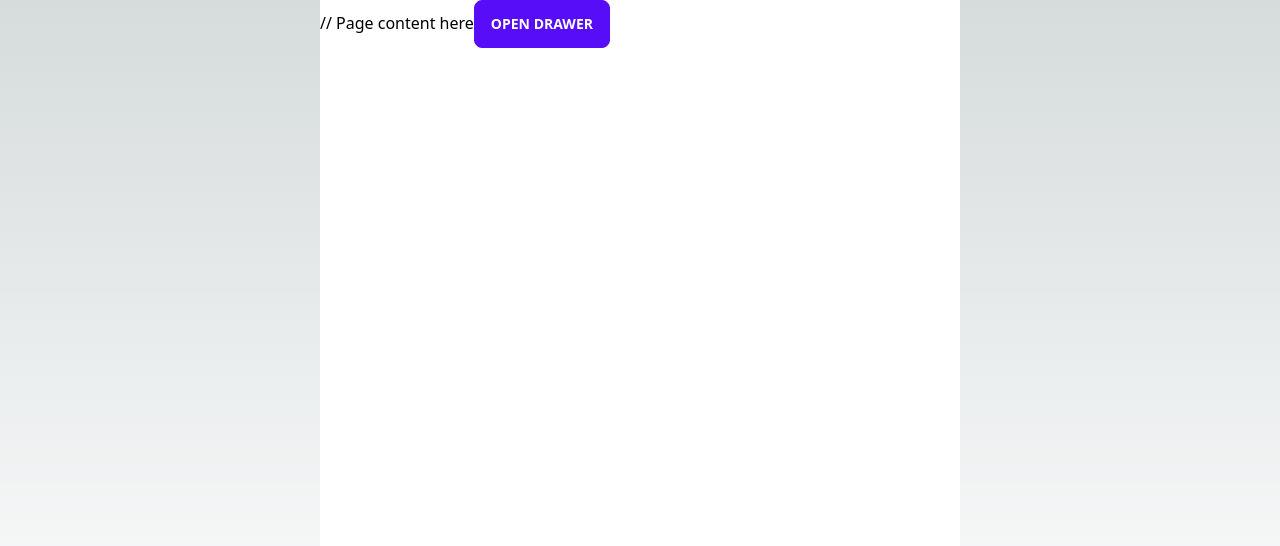
Repository: mehedi9465/nextapp
Page: /Dashboard
An editor plug-in stored every save of this project. The page is shown before and after the next save, followed by the edit.
The browser window is 1280 px wide. The pictures show the whole page.
The project was rebuilt for these pictures with package versions that can differ from the ones it lists, and the page was loaded fresh each time. The framework's server and built-in components were replaced by stand-ins that run in the browser. Also part of the build but not shown: next.config.js.

Above is the page before, as saved 2023-03-04 12:40:10.

After the next save:
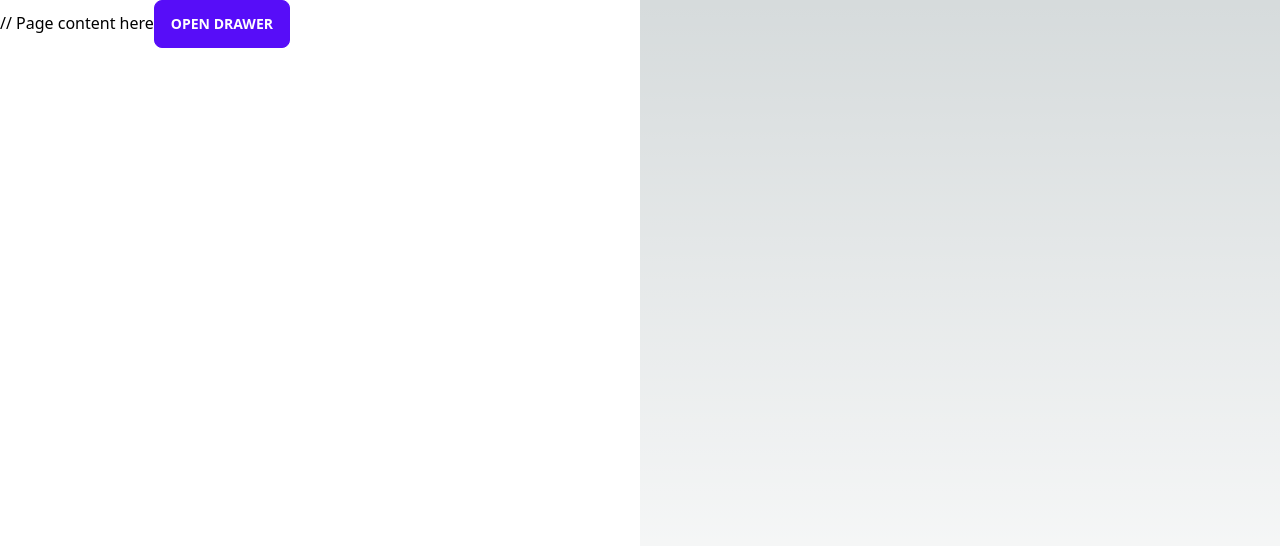
Saved 13 s later.
--- a/pages/Dashboard/index.js
+++ b/pages/Dashboard/index.js
@@ -2,7 +2,7 @@
 
 const index = () => {
   return (
-    <div className=" max-w-screen-sm bg-white mx-auto">
+    <div className=" max-w-screen-sm bg-white">
       <div className="drawer">
         <input id="my-drawer" type="checkbox" className="drawer-toggle" />
         <div className="drawer-content">

After the save that followed:
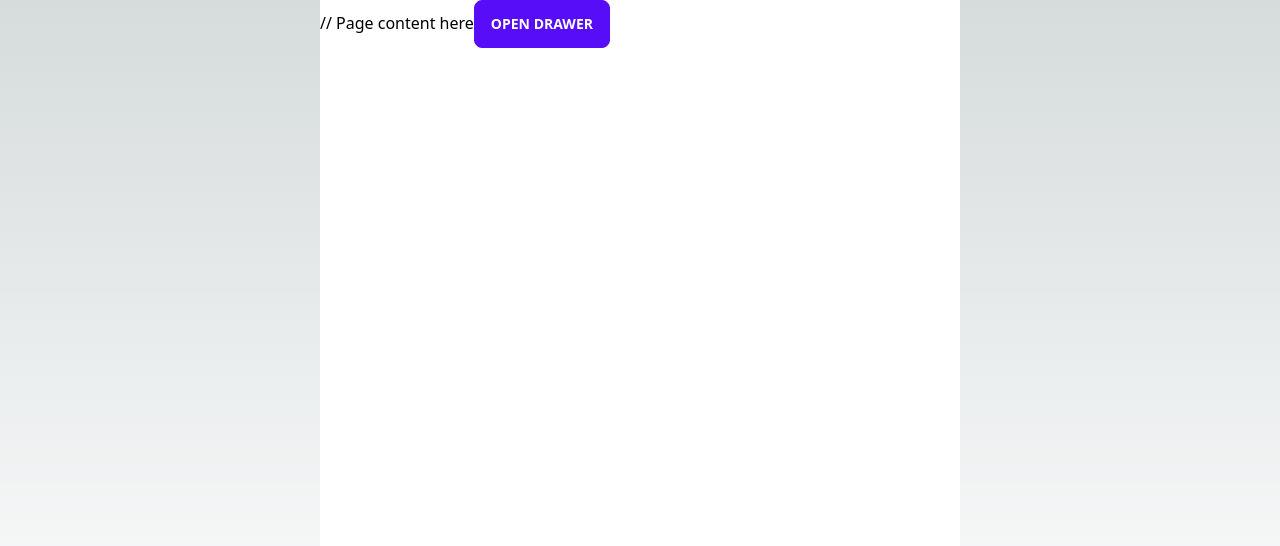
Saved 4 s later.
--- a/pages/Dashboard/index.js
+++ b/pages/Dashboard/index.js
@@ -2,7 +2,7 @@
 
 const index = () => {
   return (
-    <div className=" max-w-screen-sm bg-white">
+    <div className=" max-w-screen-sm bg-white mx-auto">
       <div className="drawer">
         <input id="my-drawer" type="checkbox" className="drawer-toggle" />
         <div className="drawer-content">
